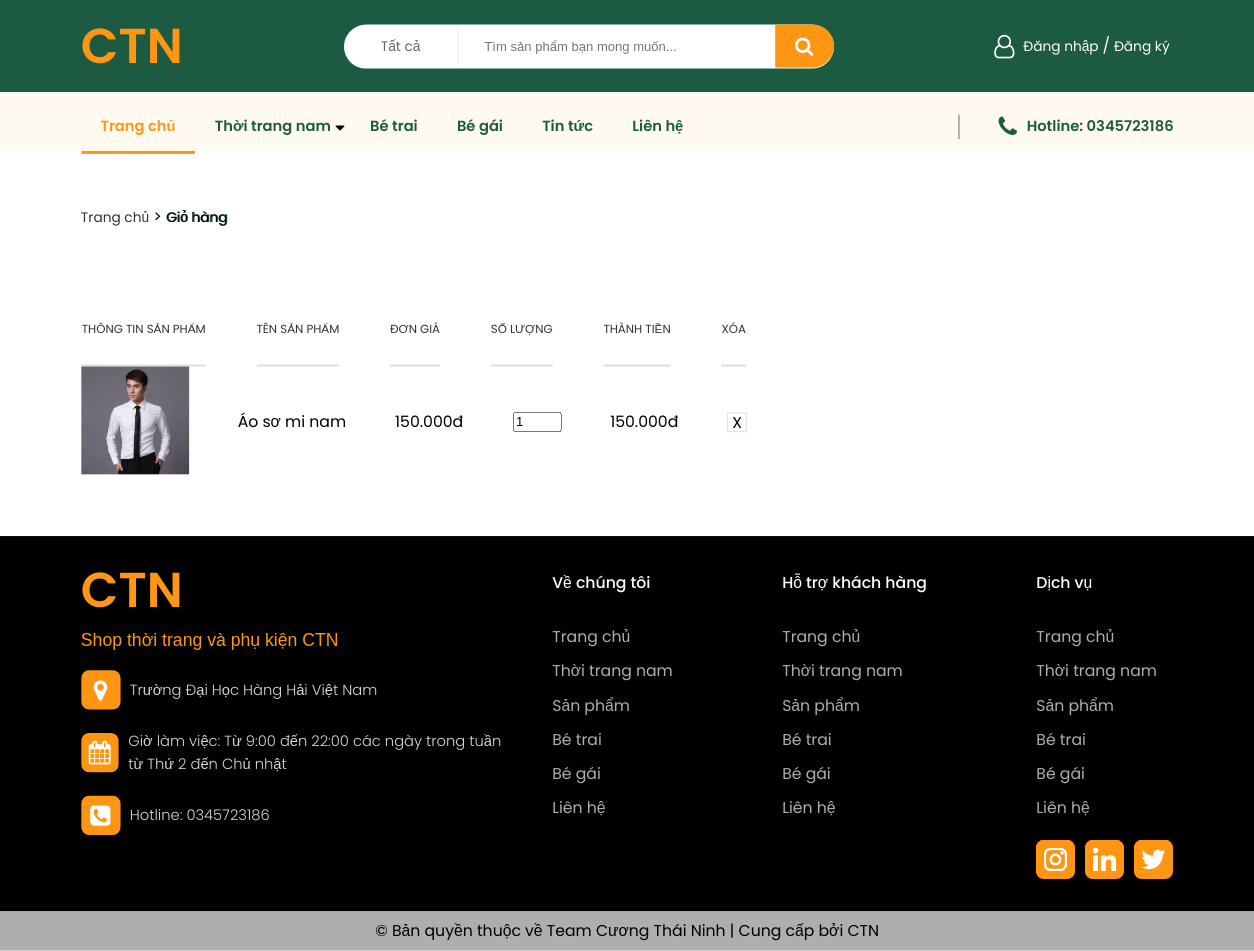
Repository: cuongchua2k2/BaiTapLon-web
Page: cart.html
These files come from the project's save history. The page is drawn as it stood at one moment and after the next save; the edit follows.
The browser window is 1280 px wide. The pictures show the whole page, at 98% of full size.

Above is the page before, as saved 2023-12-23 11:05:55.
Console error: TypeError: Cannot read properties of null (reading 'style')

After the next save:
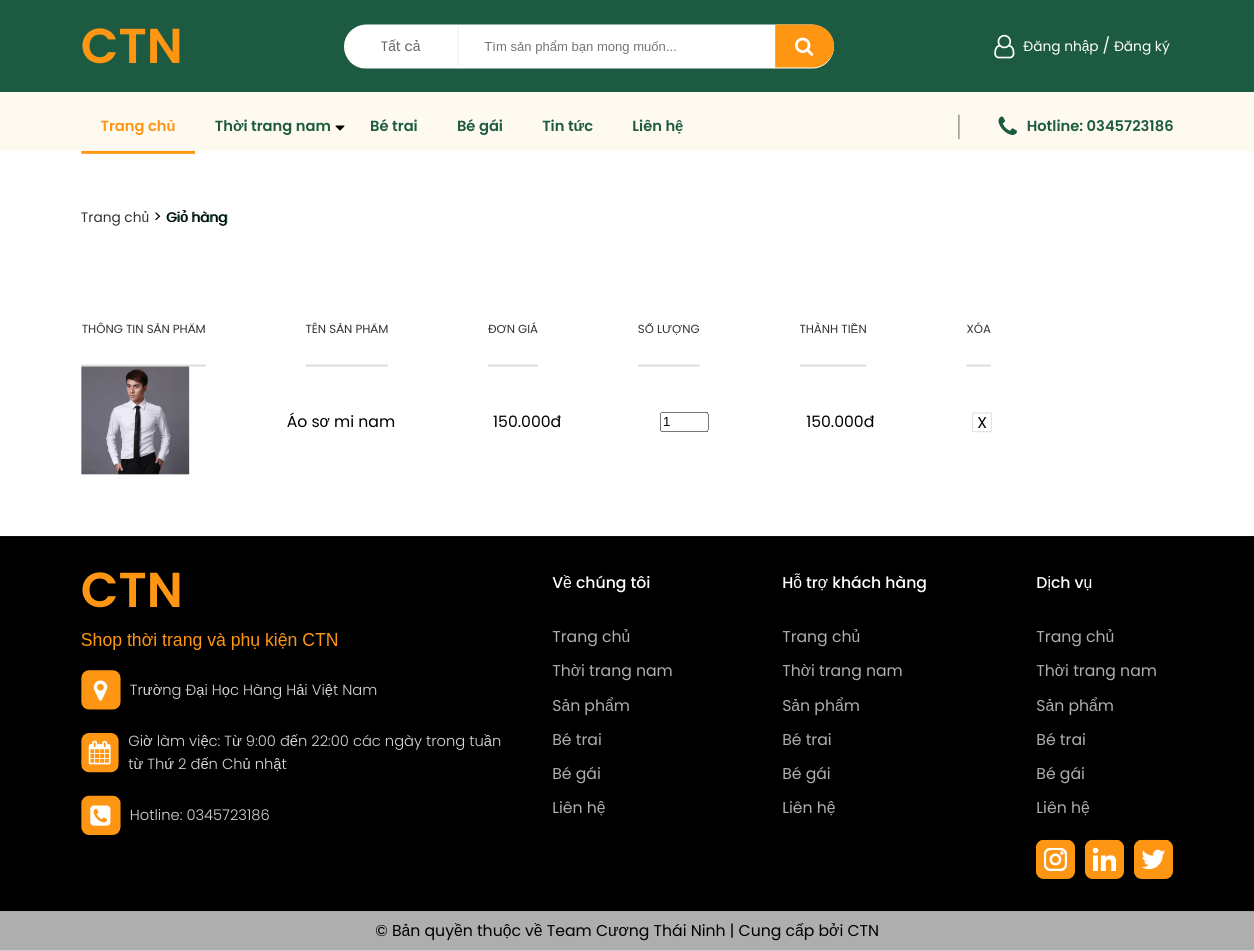
Saved 24 s later.
--- a/assets/css/style.css
+++ b/assets/css/style.css
@@ -739,7 +739,7 @@ label {
   display: flex;
   align-items: center;
   justify-content: space-around;
-  gap: 0 50px;
+  gap: 0 100px;
 }
 
 .cart__product input {
